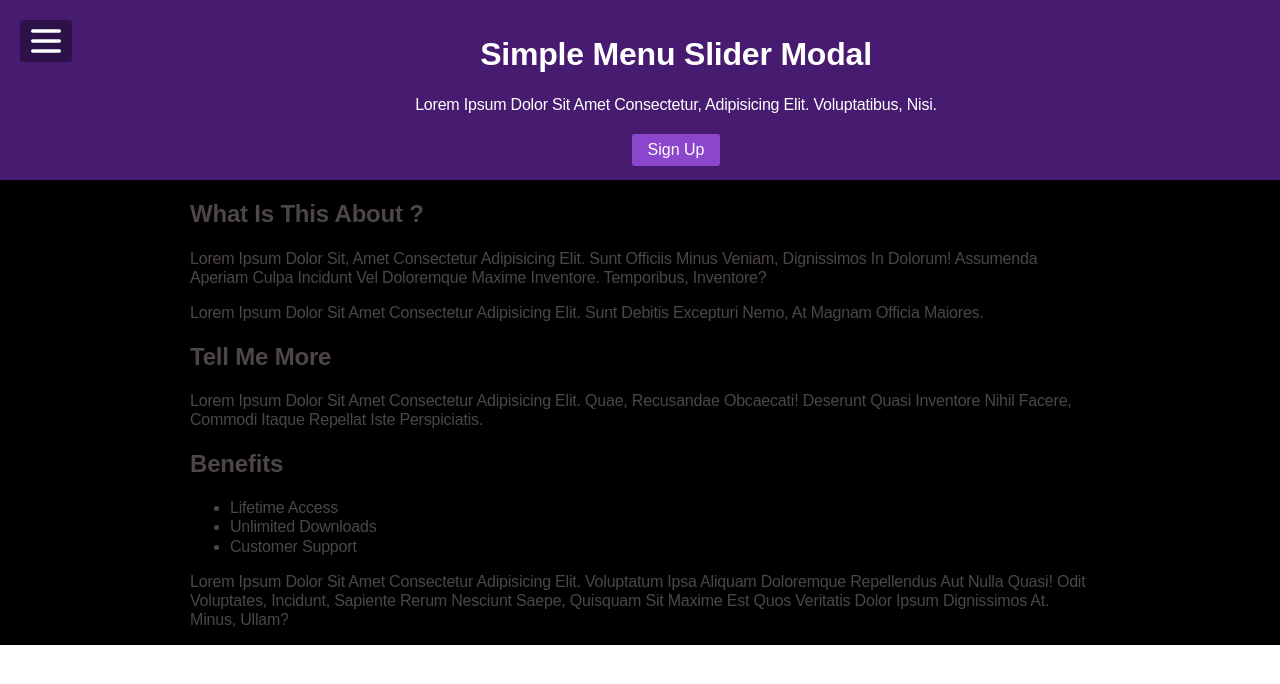
Repository: lilo750/Menu-Slider-modal
Page: index.html
The author's editor kept a copy of each file at every save. The page is drawn from the files as they stood at one save, then again after the next save.
The browser window is 1280 px wide. The pictures show the whole page.
After loading, the first visible `#signUp-btn` was clicked once.

Above is the page before, as saved 2024-01-16 04:30:08.

After the next save:
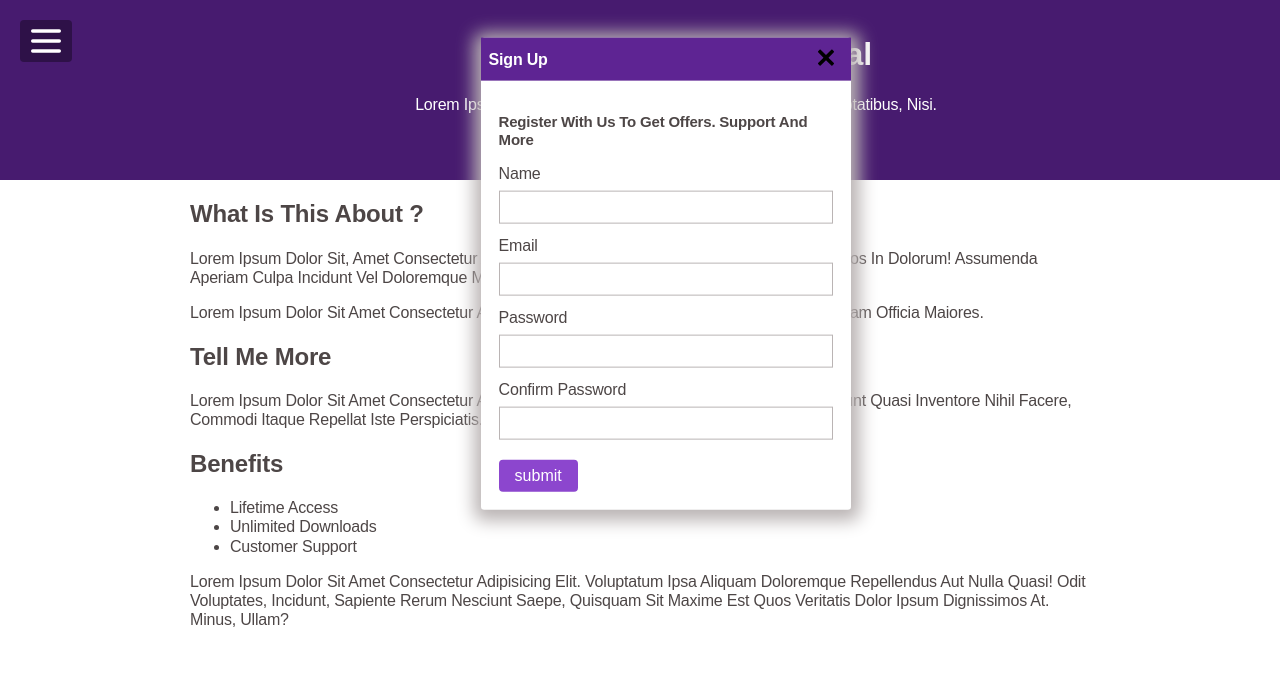
Saved 7 min 11 s later.
--- a/assets/logic.js
+++ b/assets/logic.js
@@ -4,18 +4,18 @@ const modal = document.querySelector('.modal');
 const container = document.querySelector('.container');
 
 const openModalHandler = () => {
-    modal.style.display = 'black';
-    container.style.backgroundColor = '#000';
+    modal.style.pointerEvents = 'visible';
+    modal.style.visibility = 'visible';
 };
 
 const closeModalHandler = () => {
-    modal.style.display = 'none';
-    container.style.backgroundColor = 'transparent';
+    modal.style.pointerEvents = 'none';
+    modal.style.visibility = 'hidden';
 };
 
 const modalOverlayHandler = () => {
     if (modal.style.visibility === 'visible') {
-        closeModalHandler();
+        close();
     }
 };
 
